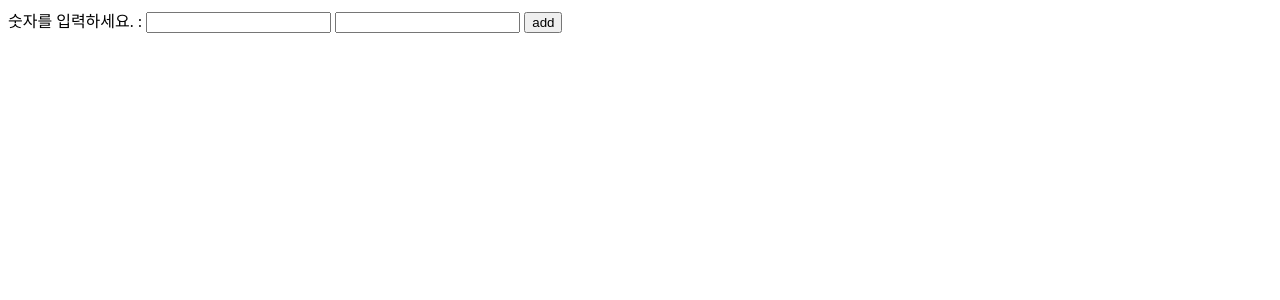
Repository: usonihs/StudyX
Page: http://localhost/JSP/RequestQuiz11.jsp
The author's editor kept a copy of each file at every save. The page is drawn from the files as they stood at one save, then again after the next save.
The browser window is 1280 px wide. The pictures show the whole page.
The page is served by Tomcat 9.

Above is the page before, as saved 2022-10-20 02:31:29.

After the next save:
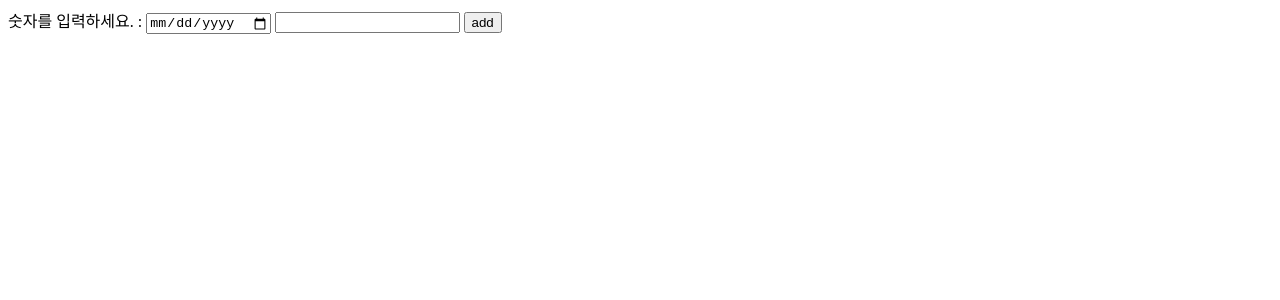
Saved 59 s later.
--- a/JSP/JSP/src/main/webapp/RequestQuiz11.jsp
+++ b/JSP/JSP/src/main/webapp/RequestQuiz11.jsp
@@ -9,7 +9,7 @@
 <body>
 
 	<form action ="Request_02.jsp" method ="post">
-		숫자를 입력하세요. : <input type="number" name ="num1">
+		숫자를 입력하세요. : <input type="date" name ="num1">
 		  				<input type="number" name ="num2">
 						<input type="submit" value="add">
 		</form>
